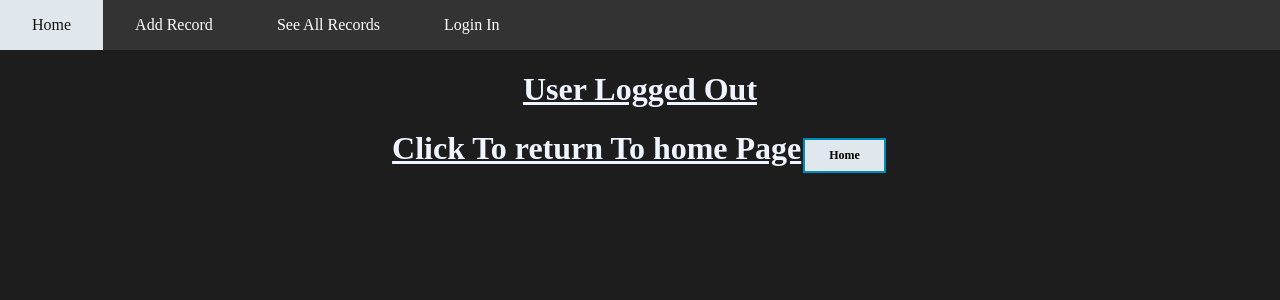
Repository: MUHAMMAD-SAQIB-2000/SpringBoot
Page: http://localhost/WebServiceRecordManagementSystem/logout.jsp
These files come from the project's save history. The page is drawn as it stood at one moment and after the next save; the edit follows.
The browser window is 1280 px wide. The pictures show the whole page.
The page is served by Tomcat 9. Other server files are loaded and not shown.

Above is the page before, as saved 2020-08-14 18:07:29.

### WebServiceRecordManagementSystem/src/main/webapp/logout.jsp
<%@ page language="java" contentType="text/html; charset=ISO-8859-1"
	pageEncoding="ISO-8859-1"%>
<!DOCTYPE html>
<html>
<head>
<meta charset="ISO-8859-1">
<title>Logout Page</title>
<link rel="stylesheet" href="style.css">
</head>
<body>
	<div>
		<ul>
			<li><a class="active"
				onclick="window.location.href = '${pageContext.request.contextPath}/home'">Home</a></li>
			<li><a
				onclick="window.location.href = '${pageContext.request.contextPath}/addCustomerForm'">Add
					Record</a></li>
			<li><a
				onclick="window.location.href = '${pageContext.request.contextPath}/displayAllCustomers'">See
					All Records</a></li>
			<li><a
				onclick="window.location.href = '${pageContext.request.contextPath}/login'">Login
					In</a></li>
		</ul>
	</div>
	<div class="mainBody">
		<h1 class="h">User Logged Out</h1>
		<h1 class="h">
			Click To return To home Page<a class="button button2 onclick="
				window.location.href='${pageContext.request.contextPath}/login'">Home
			</a>
		</h1>
	</div>

</body>
</html>

### WebServiceRecordManagementSystem/src/main/webapp/style.css
@charset "ISO-8859-1";

body {
	margin: 0px;
	padding: 0px;
	background-color:#1d1d1d;
}

ul {
	list-style-type: none;
	margin: 0;
	padding: 0;
	overflow: hidden;
	background-color: #333;
	position: fixed;
	top: 0;
	width: 100%;
}

li {
	float: left;
}

li a {
	display: block;
	color: white;
	text-align: center;
	padding: 16px 32px;
	text-decoration: none;
	font-size:16px;
}

li a:hover {
	background-color: #E1E8ED;
	color:#111;
}

.active {
	background-color:#008CBA;
	color:#fff;
	transition-duration: 0.4s;
	cursor: pointer;
}
.mainBody{
	padding: 20px 20px;
	margin-top:30px;
}

.h {
	color: #eff4ff;
	text-align: center;
	text-decoration: underline;
}
h2,h3,h4,h5{
	color: #E1E8ED;
}
table, th, td {
	background-color: #E1E8ED;
	color: #111;
	text-align: center;
	border: 2px solid #008CBA;
	margin: 10px;
	padding: 5px;
}

th:hover, td:hover {
	border: 2px solid #111;
	background-color: #008CBA;
	color: white;
	transition-duration: 0.4s;
	cursor: pointer;
}

.tableCSS {
	background-color: #E1E8ED;
	color: #111;
	margin-top:5%;
	margin-left:20%;
}

.button {
	border: none;
	color: white;
	padding: 8px 24px;
	text-align: center;
	text-decoration: none;
	display: inline-block;
	font-size: 12px;
	margin: 4px 2px;
	transition-duration: 0.4s;
	cursor: pointer;
}

.button2 {
	background-color: #E1E8ED;
	color: black;
	border: 2px solid #008CBA;
}

.button2:hover {
	background-color: #008CBA;
	color: white;
}

.form {
	text-align: left;
	margin-left: 50px;
}

form {
	width: 100%;
	padding: 12px 20px;
	margin: 8px 0;
	box-sizing: border-box;
}

.title {
	font-size: 25px;
	color: #eff4ff;
}
.para{
	font-size: 14px;
	color: #eff4ff;
}
select {
  width: 20%;
  padding: 12px 16px;
  border: none;
  border-radius: 4px;
  background-color: #f1f1f1;
}
.inputForm {
	width: 30%;
	padding: 10px 18px;
	margin: 6px 0;
	box-sizing: border-box;
	background-color: #F7F7F7;
	color: #111;
	border: 2px solid #00aba9;
  	border-radius: 4px;
}
.inputForm:focus {
  border: 3px solid #555;
}
radiobutton {
	size: 10px;
}

option:hover {
	background-color: #008CBA;
	color: white;
}

a {
	text-decoration: none;
	color: #111;
}

a:hover {
	color: #fff;
	font-size: 16px;
}
.foter{
	background-color: #111;
	color:#fff;
	font-size:20px;
}
.loginButton{
	width: 30%;
	padding: 10px 18px;
	margin: 6px 0;
	box-sizing: border-box;
}

After the next save:
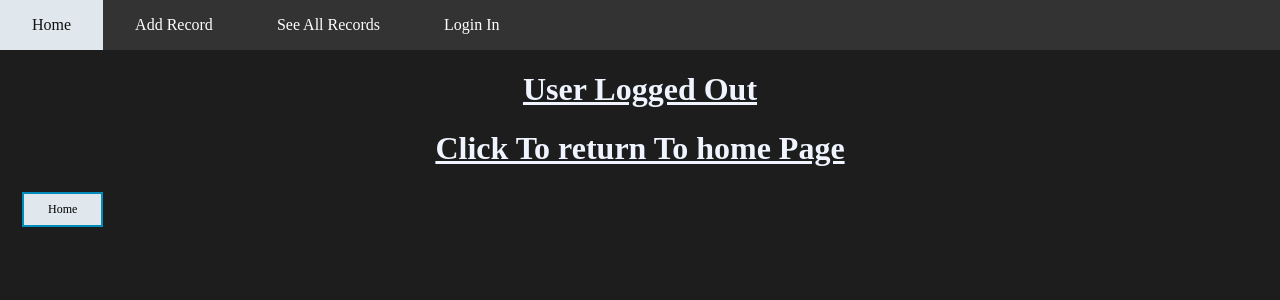
Saved 53 s later.
--- a/WebServiceRecordManagementSystem/src/main/webapp/logout.jsp
+++ b/WebServiceRecordManagementSystem/src/main/webapp/logout.jsp
@@ -26,10 +26,9 @@
 	<div class="mainBody">
 		<h1 class="h">User Logged Out</h1>
 		<h1 class="h">
-			Click To return To home Page<a class="button button2 onclick="
+			Click To return To home Page</h1><a class="button button2 onclick="
 				window.location.href='${pageContext.request.contextPath}/login'">Home
 			</a>
-		</h1>
 	</div>
 
 </body>

After the 2 saves that followed:
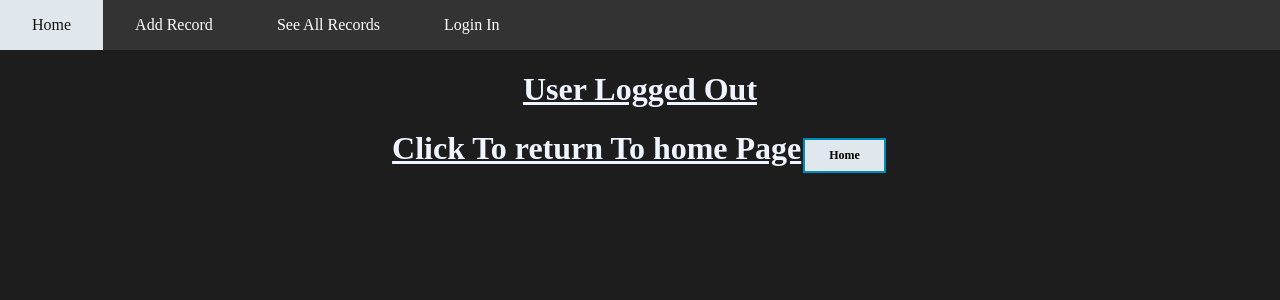
The 2 saves are shown as one change because 1 left the picture as it was.
The last was saved 82 s later.
--- a/WebServiceRecordManagementSystem/src/main/webapp/logout.jsp
+++ b/WebServiceRecordManagementSystem/src/main/webapp/logout.jsp
@@ -26,9 +26,8 @@
 	<div class="mainBody">
 		<h1 class="h">User Logged Out</h1>
 		<h1 class="h">
-			Click To return To home Page</h1><a class="button button2 onclick="
-				window.location.href='${pageContext.request.contextPath}/login'">Home
-			</a>
+			Click To return To home Page<a class="button button2" onclick="window.location.href='${pageContext.request.contextPath}/login'">Home
+			</a></h1>
 	</div>
 
 </body>
